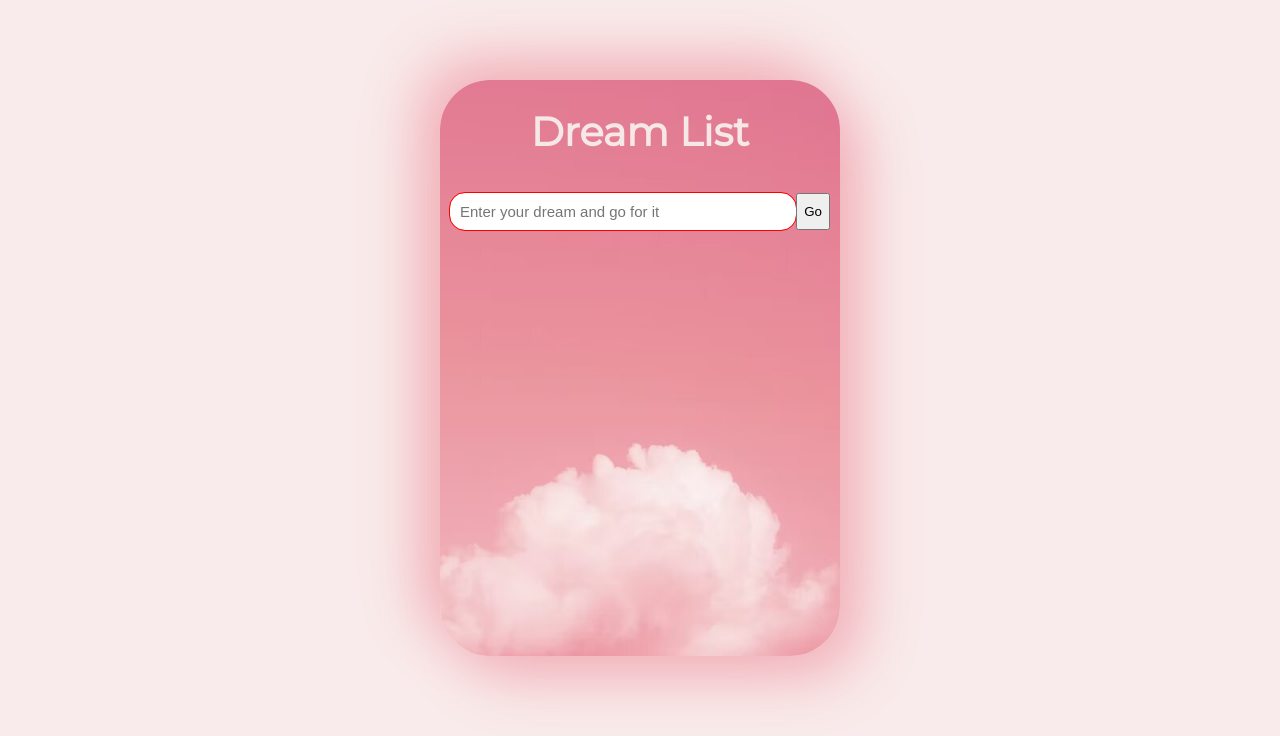
Repository: asya-aisa/grocery-list
Page: /
An editor plug-in stored every save of this project. The page is shown before and after the next save, followed by the edit.
The browser window is 1280 px wide. The pictures show the whole page.
The project was rebuilt for these pictures with package versions that can differ from the ones it lists, and the page was loaded fresh each time.

Above is the page before, as saved 2023-07-14 16:22:26.

### public/index.html
<!DOCTYPE html>
<html lang="en">
  <head>
    <meta charset="utf-8" />
    <link rel="icon" href="%PUBLIC_URL%/favicon.ico" />
    <meta name="viewport" content="width=device-width, initial-scale=1" />
    <meta name="theme-color" content="#000000" />
    <meta
      name="description"
      content="Web site created using create-react-app"
    />
    <link rel="apple-touch-icon" href="%PUBLIC_URL%/logo192.png" />
    <!--
      manifest.json provides metadata used when your web app is installed on a
      user's mobile device or desktop. See https://developers.google.com/web/fundamentals/web-app-manifest/
    -->
    <link rel="manifest" href="%PUBLIC_URL%/manifest.json" />
    <link rel="preconnect" href="https://fonts.googleapis.com">
    <link rel="preconnect" href="https://fonts.gstatic.com" crossorigin>
    <link href="https://fonts.googleapis.com/css2?family=Montserrat:ital@0;1&display=swap" rel="stylesheet">
    <!--
      Notice the use of %PUBLIC_URL% in the tags above.
      It will be replaced with the URL of the `public` folder during the build.
      Only files inside the `public` folder can be referenced from the HTML.

      Unlike "/favicon.ico" or "favicon.ico", "%PUBLIC_URL%/favicon.ico" will
      work correctly both with client-side routing and a non-root public URL.
      Learn how to configure a non-root public URL by running `npm run build`.
    -->
    <title>React App</title>
  </head>
  <body>
    <noscript>You need to enable JavaScript to run this app.</noscript>
    <div id="root"></div>
    <!--
      This HTML file is a template.
      If you open it directly in the browser, you will see an empty page.

      You can add webfonts, meta tags, or analytics to this file.
      The build step will place the bundled scripts into the <body> tag.

      To begin the development, run `npm start` or `yarn start`.
      To create a production bundle, use `npm run build` or `yarn build`.
    -->
  </body>
</html>

### src/App.js

import './App.css';
import { DreamList } from './DreamList';

function App() {
  return (
    <div className="App">
      <div className='container'>
        <h1>Dream List</h1>
      </div>
      <DreamList />
    </div>
  );
}

export default App;

### src/App.css
.App {
  background-image: url(fon-img.jpg);
  background-position: center;
  background-size: cover;
  background-repeat: no-repeat;
  width: 400px;
  min-height: 80vh;
  margin: 80px auto;
  border-radius: 50px;
  box-shadow:  20px 20px 60px #f1b0b8,
             -20px -20px 60px #f1b0b8;
}
body {
  background-color: #f9ebeb;
}
.container {
  display: flex;
  justify-content: center;
}
h1 {
  color:#f6e8e7;
  font-size: 40px;
  font-family: 'Montserrat', sans-serif;
}

input {
  flex: 1;
  padding: 10px;
  font-size: 15px;
  border: none;
  border-radius: 15px;
  outline: red 1px solid;
}

input:focus {
  border-color: #f1b0b8;
}


.container-input {
  display: flex;
  justify-content: center;
  margin: 10px;
}

### src/DreamList.js
import { Component } from "react";

export class DreamList extends Component {

    state = {
        inputDream: '',
        dreamList: []
    }

    upDateInput(e) {
        this.setState({
            inputDream: e
        })
    }
    AddDream(input) {
        let dreamArray = this.state.dreamList;
        dreamArray.push(input);
        this.setState({dreamList: dreamArray, inputDream: ''})
    }

    DeleteItem(number) {
        let dreamArray = this.state.dreamList;
        dreamArray.splice(number,1);
        this.setState({dreamList: dreamArray})
    }





    render() {
        return <div>
            <div className="container-input">
              <input type="text" placeholder="Enter your dream and go for it"
              onChange={(e) => {this.upDateInput(e.target.value)}}
              value={this.state.inputDream}/>

              <button onClick={() => this.AddDream(this.state.inputDream)}>Go</button>
            </div>


            <ul>
                {this.state.dreamList.map((item, index) => (
                    <li key={index}>
                        {item}
                        <button>Done</button>
                        <button onClick={() => this.DeleteItem(index)}>Delete</button>
                    </li>
                ))}
            </ul>
        </div>
    }
}

Loaded but not shown: src/index.js (common file); src/reportWebVitals.js (common file)

After the next save:
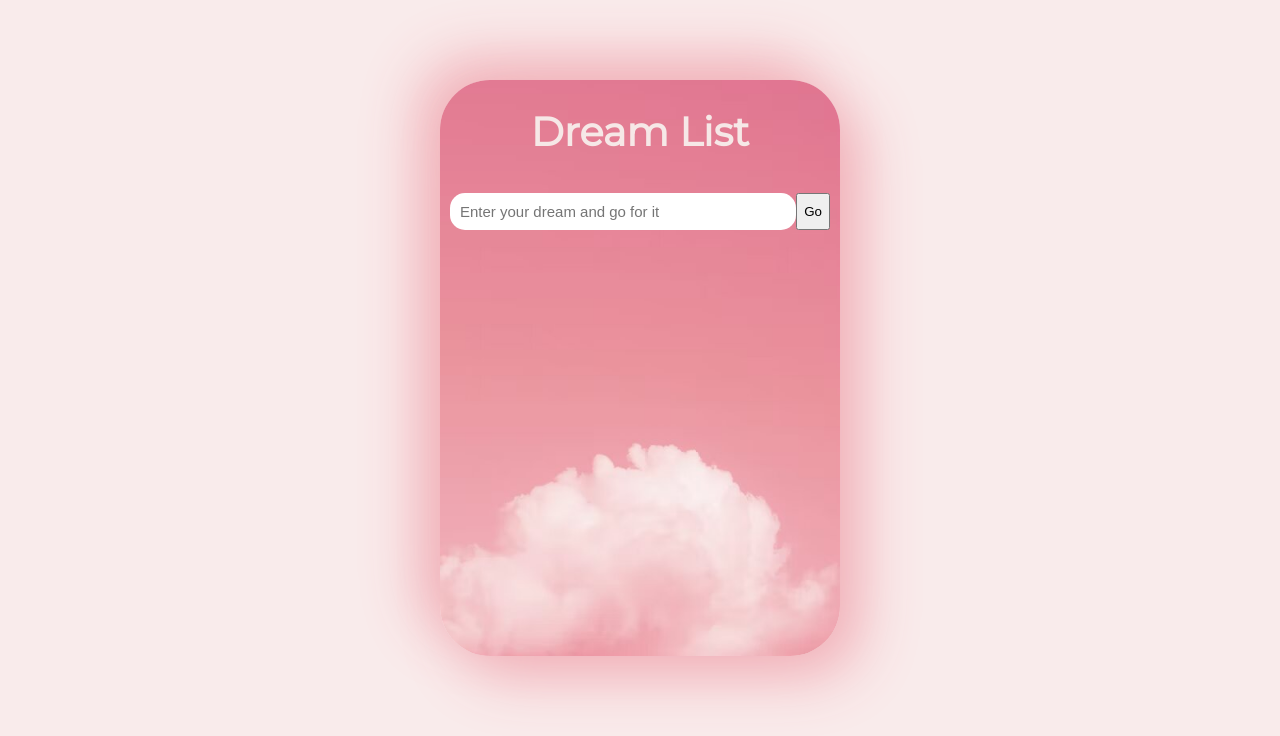
Saved 11 s later.
--- a/src/App.css
+++ b/src/App.css
@@ -29,7 +29,6 @@ input {
   font-size: 15px;
   border: none;
   border-radius: 15px;
-  outline: red 1px solid;
 }
 
 input:focus {
